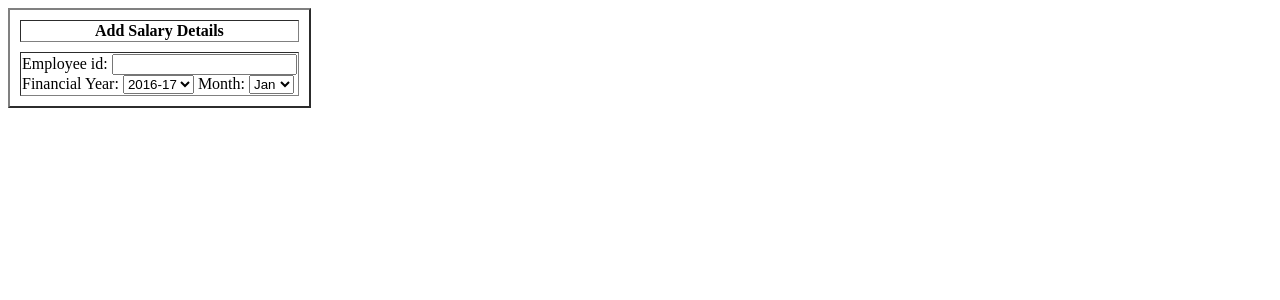
Repository: omgitsrish/MyProject
Page: http://localhost/Employee/
The author's editor kept a copy of each file at every save. The page is drawn from the files as they stood at one save, then again after the next save.
The browser window is 1280 px wide. The pictures show the whole page.
The page is served by Tomcat 9. Other server files are loaded and not shown.

Above is the page before, as saved 2018-07-31 19:37:26.

### Test/Employee/WebContent/index.jsp
<%@ page language="java" contentType="text/html; charset=ISO-8859-1"
	pageEncoding="ISO-8859-1"%>

<html>
<head>
<meta http-equiv="Content-Type" content="text/html; charset=ISO-8859-1">
<title>Insert title here</title>
</head>
<body>

<form action="Controller" method="get">
	<table border="2" cellspacing="10">
		<th>Add Salary Details</th>
		<tr>
			<td> Employee id: <input type="number" name="empid" /> <br>
				Financial Year:
				<select name="fyear" >
					<option>2016-17</option>
					<option>2017-18</option>
					<option>2018-19</option>
				</select>
				Month:
				<select name="fyear" >
					<option>Jan</option>
					<option>Feb</option>
					<option>Mar</option>
				</select>
		</tr>
	</table>
</form>

</body>
</html>

After the next save:
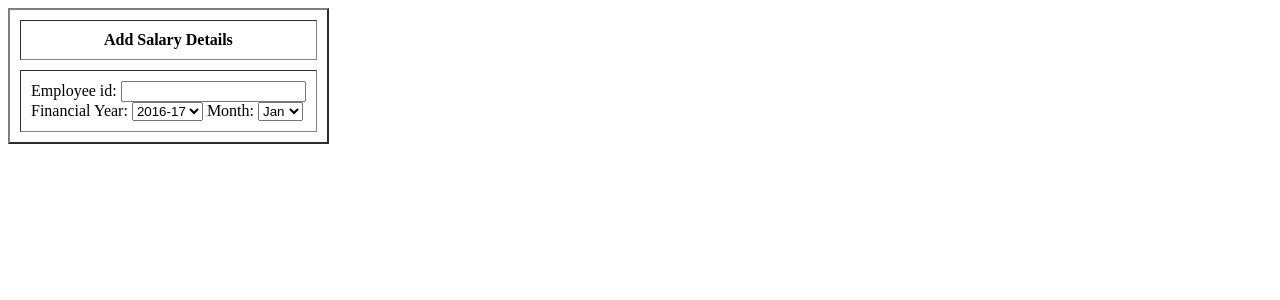
Saved 29 s later.
--- a/Test/Employee/WebContent/index.jsp
+++ b/Test/Employee/WebContent/index.jsp
@@ -9,7 +9,7 @@
 <body>
 
 <form action="Controller" method="get">
-	<table border="2" cellspacing="10">
+	<table border="2" cellspacing="10" cellpadding="10">
 		<th>Add Salary Details</th>
 		<tr>
 			<td> Employee id: <input type="number" name="empid" /> <br>
